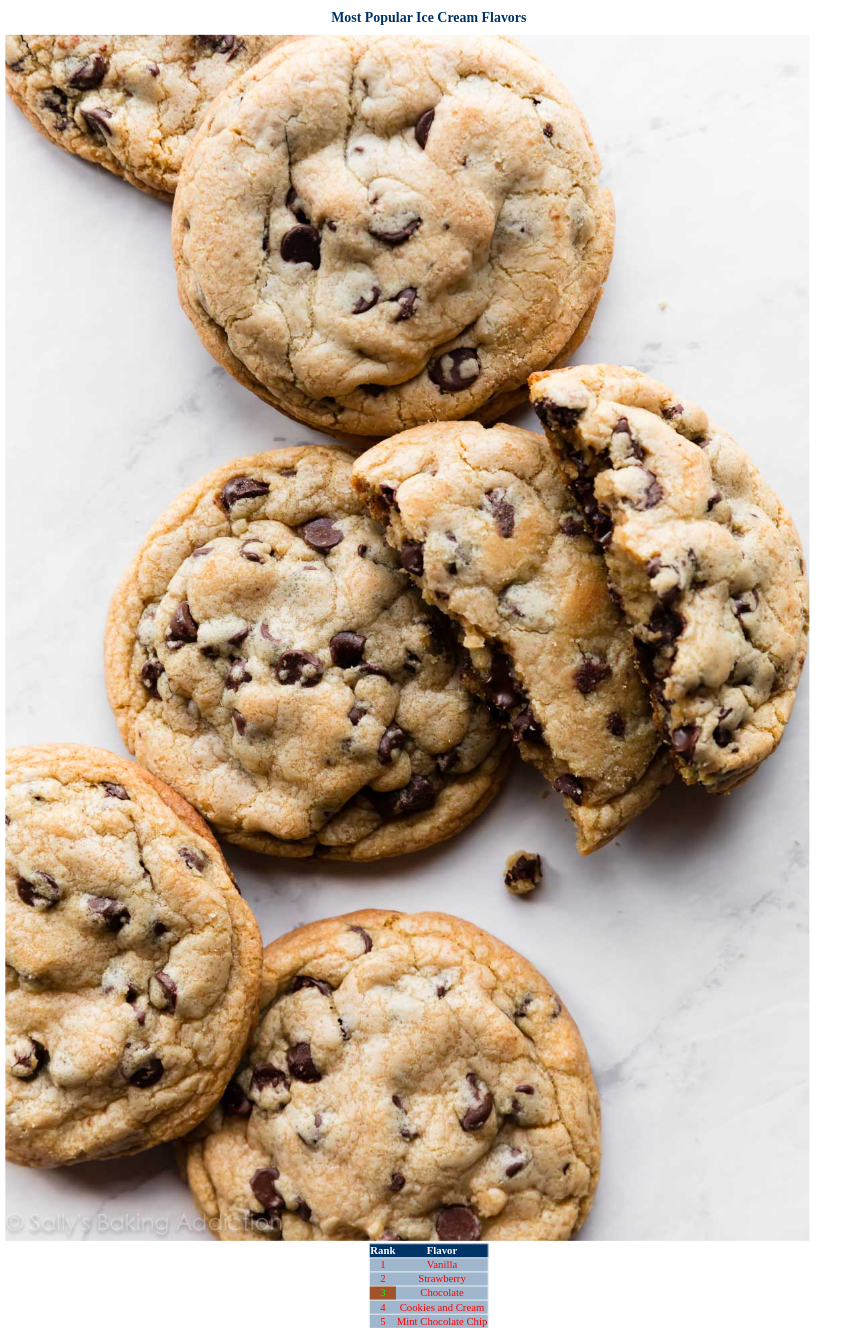
Repository: lilicma13/lilicma13.github.io
Page: 214/ice.html
The author's editor kept a record of every edit. The page is drawn from the files as they stood at one moment, then again after the next edit.
The browser window is 1280 px wide. The pictures show the whole page, at 67% of full size.

Above is the page before.

After the next edit:
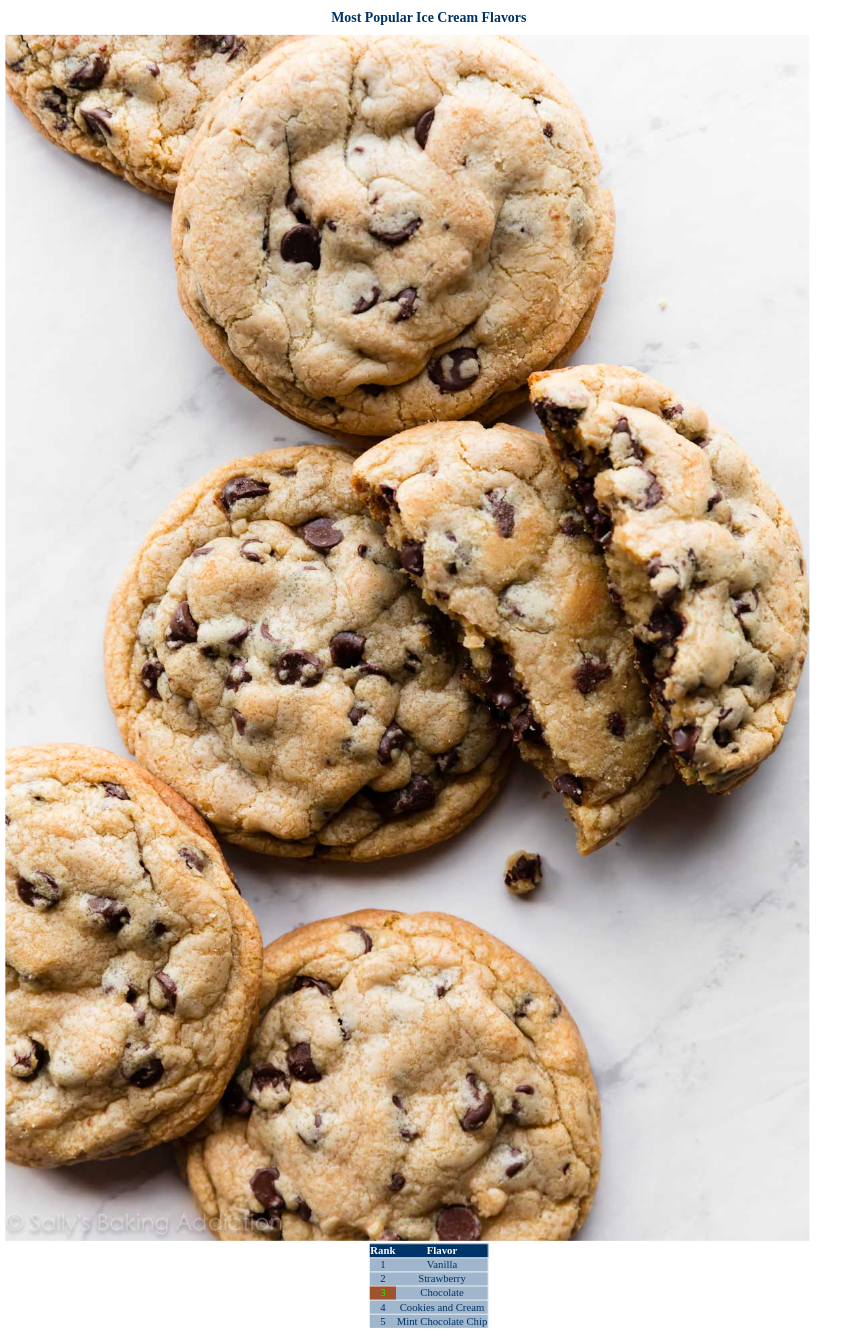
The edit:
--- a/214/ice.html
+++ b/214/ice.html
@@ -5,9 +5,7 @@
        <title>I Scream For Ice Cream!</title>
      </head>
      <link href="icecream.css" rel="stylesheet" type="text/css">
-     <style>
-   td {color: #FF0000;}
-  </style>
+
      <body>
        <h1>Most Popular Ice Cream Flavors</h1>
        <table>

After the edit that followed:
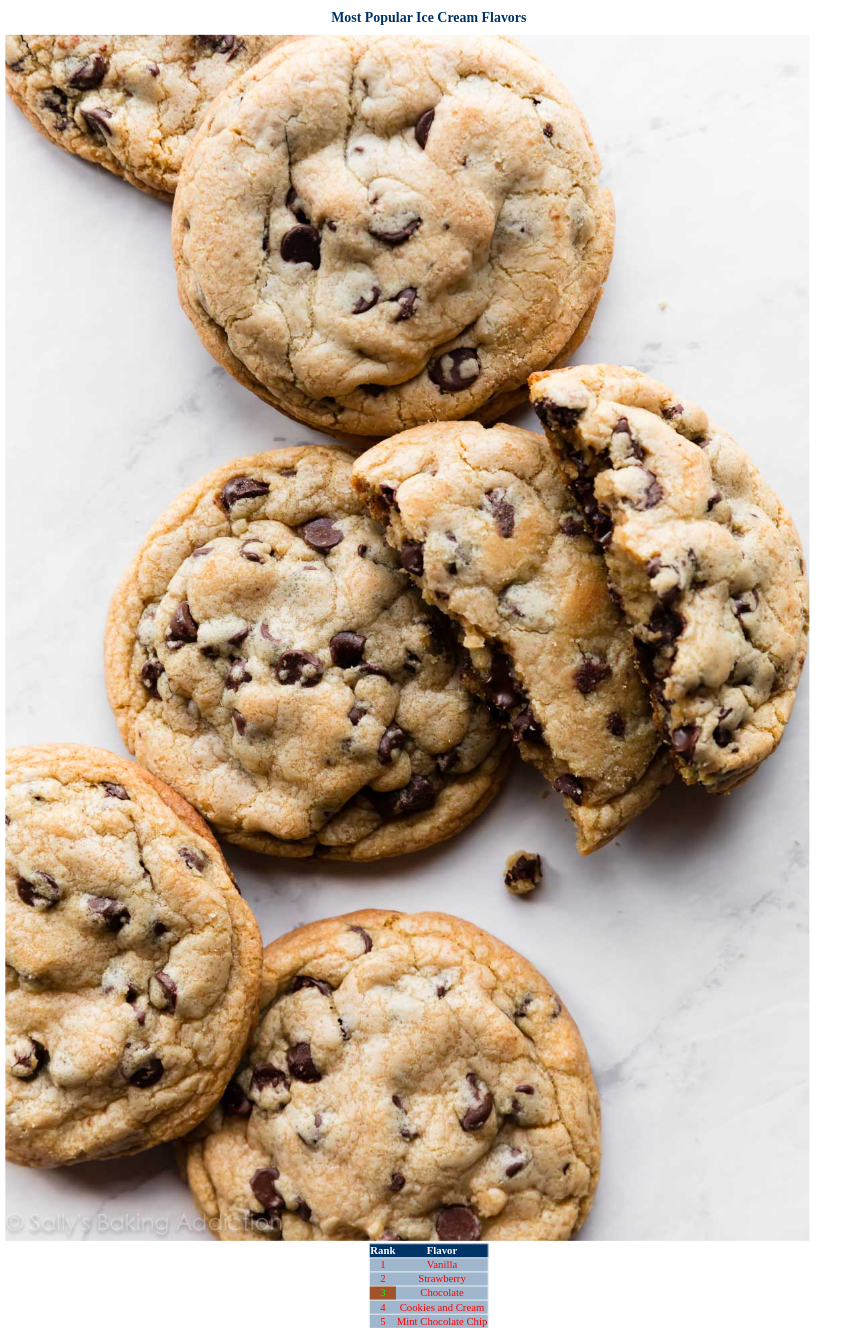
The edit:
--- a/214/ice.html
+++ b/214/ice.html
@@ -3,6 +3,10 @@
      <head>
        <meta charset="utf-8">
        <title>I Scream For Ice Cream!</title>
+       <style>
+           td {color: #FF0000;}
+        </style>
+
      </head>
      <link href="icecream.css" rel="stylesheet" type="text/css">
 
